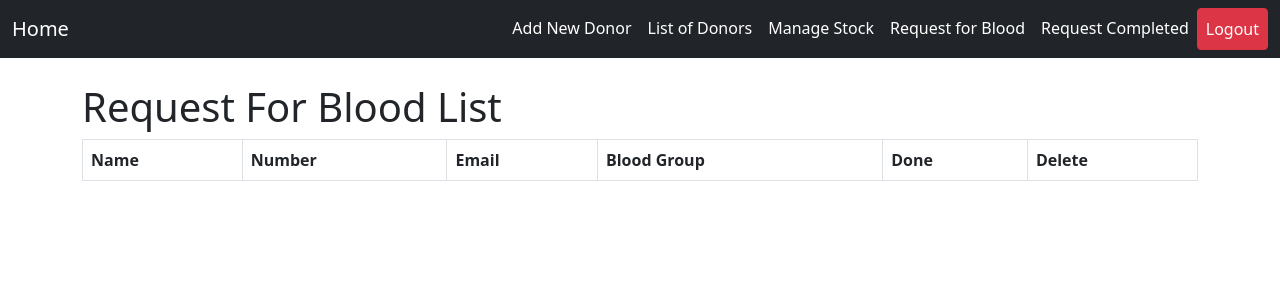
Repository: kshitizJ/Blood-Bank-Management-System-in-jsp
Page: http://localhost/Blood_Bank_Management_System/requestForBlood.jsp
The author's editor kept a copy of each file at every save. The page is drawn from the files as they stood at one save, then again after the next save.
The browser window is 1280 px wide. The pictures show the whole page.
The page is served by Tomcat 9. Queries for data that is not in the repository find no rows.

Above is the page before, as saved 2021-04-28 14:11:07.

After the next save:
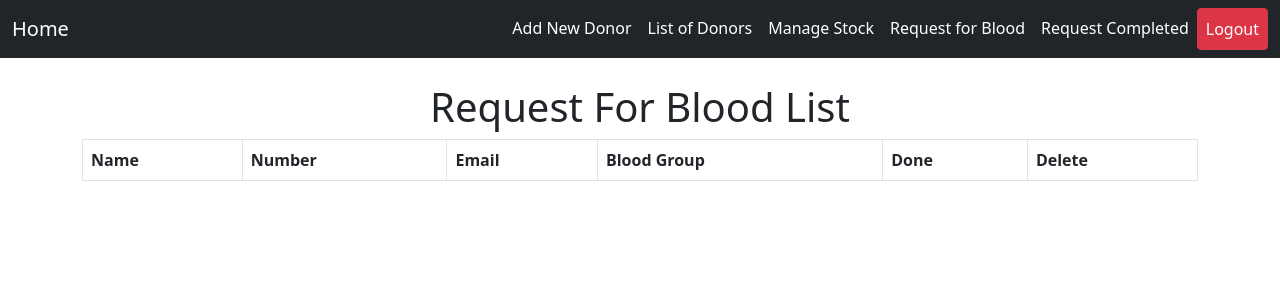
Saved 23 s later.
--- a/Blood Bank Management System/WebContent/requestForBlood.jsp
+++ b/Blood Bank Management System/WebContent/requestForBlood.jsp
@@ -16,7 +16,7 @@
 	<div class="container">
 		<div class="row">
 			<div class="col-12">
-				<h1>Request For Blood List</h1>
+				<h1 class="text-center">Request For Blood List</h1>
 			</div>
 			<div class="col-12">
 				<table class="table table-bordered table-striped table-hover">
